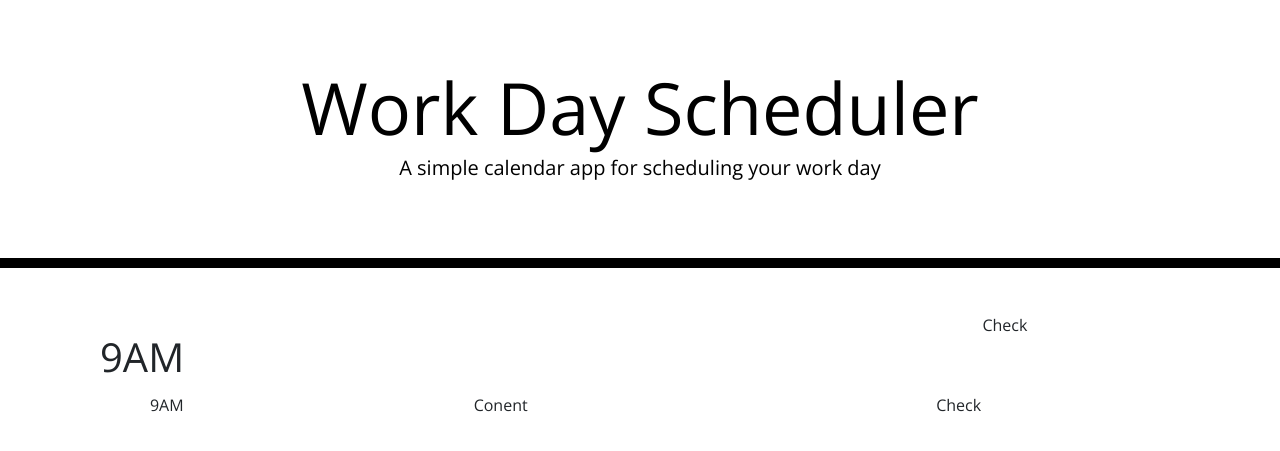
Repository: Mf948/DailyPlannerJS
Page: Develop/index.html
An editor plug-in stored every save of this project. The page is shown before and after a run of saves, followed by the edit.
The browser window is 1280 px wide. The pictures show the whole page.
Some web libraries are served in a nearby version.

Above is the page before, as saved 2020-12-09 16:29:04.

After the next 4 saves:
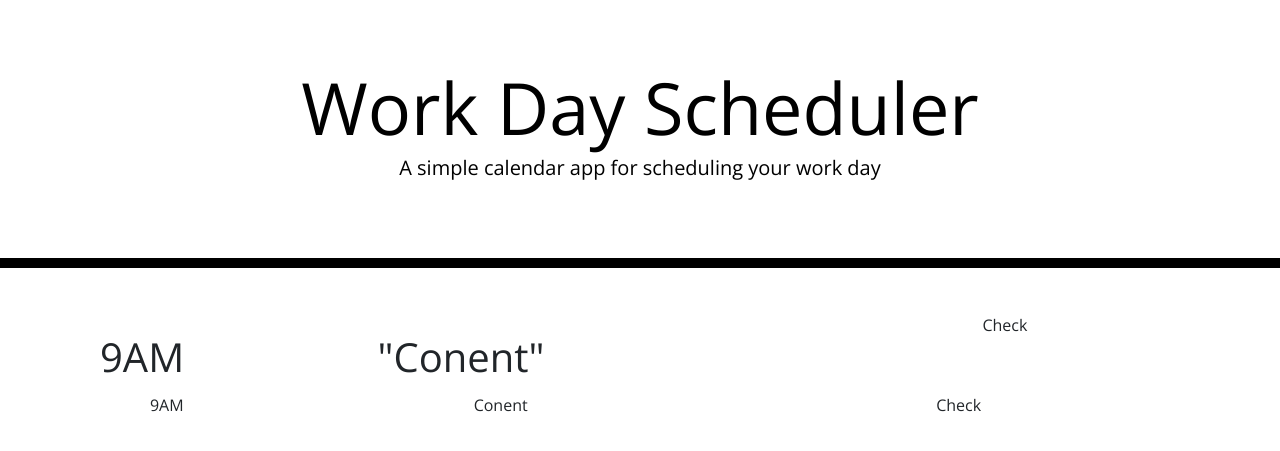
The 4 saves are shown as one change because they came seconds apart.
The last was saved 8 s later.
--- a/Develop/index.html
+++ b/Develop/index.html
@@ -37,7 +37,7 @@
             <h1>9AM</h1>
           </div>
           <div class="col-6">
-            <div class="h1"></div>
+            <div class="h1">"Conent"</div>
           </div>
           <div class="col">
             Check
